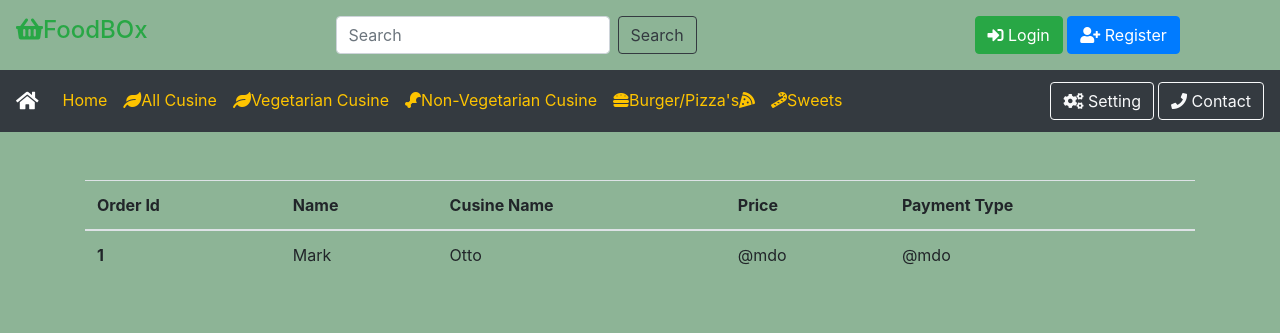
Repository: debjaniprofessional32/Capstone-Final-FoodBox-Delivery-Project
Page: http://localhost/OnlinFoodBOX/order.jsp
The author's editor kept a copy of each file at every save. The page is drawn from the files as they stood at one save, then again after the next save.
The browser window is 1280 px wide. The pictures show the whole page.
Some web libraries are served in a nearby version. The page is served by Tomcat 9. Other server files are loaded and not shown.

Above is the page before, as saved 2022-12-23 12:42:35.

### OnlinFoodBOX/src/main/webapp/order.jsp
<%@ page language="java" contentType="text/html; charset=ISO-8859-1"
    pageEncoding="ISO-8859-1"%>
<!DOCTYPE html>
<html>
<head>
<meta charset="ISO-8859-1">
<title>order</title>
<%@include file="all_Component/allCss.jsp"%>
<link rel="stylesheet" href="all_Component/style.css">
</head>
<body style="background-color:#8DB496 ">
<%@include file="all_Component/navbar.jsp"%>
<div class="container">

<table class="table table-hover mt-5">
  <thead>
    <tr>
      <th scope="col">Order Id</th>
      <th scope="col">Name</th>
      <th scope="col">Cusine Name</th>
      <th scope="col">Price</th>
      <th scope="col">Payment Type</th>
    </tr>
  </thead>
  <tbody>
    <tr>
      <th scope="row">1</th>
      <td>Mark</td>
      <td>Otto</td>
      <td>@mdo</td>
      <td>@mdo</td>
    </tr>


  </tbody>
</table>


</div>
</body>
</html>

### OnlinFoodBOX/src/main/webapp/all_Component/allCss.jsp
<link rel="stylesheet"
	href="https://cdn.jsdelivr.net/npm/bootstrap@4.0.0/dist/css/bootstrap.min.css"
	integrity="sha384-Gn5384xqQ1aoWXA+058RXPxPg6fy4IWvTNh0E263XmFcJlSAwiGgFAW/dAiS6JXm"
	crossorigin="anonymous">
<script src="https://code.jquery.com/jquery-3.2.1.slim.min.js"
	integrity="sha384-KJ3o2DKtIkvYIK3UENzmM7KCkRr/rE9/Qpg6aAZGJwFDMVNA/GpGFF93hXpG5KkN"
	crossorigin="anonymous"></script>
<script
	src="https://cdn.jsdelivr.net/npm/popper.js@1.12.9/dist/umd/popper.min.js"
	integrity="sha384-ApNbgh9B+Y1QKtv3Rn7W3mgPxhU9K/ScQsAP7hUibX39j7fakFPskvXusvfa0b4Q"
	crossorigin="anonymous"></script>
<script
	src="https://cdn.jsdelivr.net/npm/bootstrap@4.0.0/dist/js/bootstrap.min.js"
	integrity="sha384-JZR6Spejh4U02d8jOt6vLEHfe/JQGiRRSQQxSfFWpi1MquVdAyjUar5+76PVCmYl"
	crossorigin="anonymous"></script>
<link rel="stylesheet"
	href="https://cdnjs.cloudflare.com/ajax/libs/font-awesome/5.15.3/css/all.min.css"
	integrity="sha512-iBBXm8fW90+nuLcSKlbmrPcLa0OT92xO1BIsZ+ywDWZCvqsWgccV3gFoRBv0z+8dLJgyAHIhR35VZc2oM/gI1w=="
	crossorigin="anonymous" referrerpolicy="no-referrer" />

### OnlinFoodBOX/src/main/webapp/all_Component/navbar.jsp
 <%@ taglib prefix="c" uri="http://java.sun.com/jsp/jstl/core" %>
 <%@ page isELIgnored = "false" %>
 <style type="text/css">
 .navbar {
     background: #000000
 }

 .nav-item::after {
     content: '';
     display: block;
     width: 0px;
     height: 2px;
     background: #fec400;
     transition: 0.4s
 }

 .nav-item:hover::after {
     width: 100%
 }

 .navbar-dark .navbar-nav .active>.nav-link,
 .navbar-dark .navbar-nav .nav-link.active,
 .navbar-dark .navbar-nav .nav-link.show,
 .navbar-dark .navbar-nav .show>.nav-link,
 .navbar-dark .navbar-nav .nav-link:focus,
 .navbar-dark .navbar-nav .nav-link:hover {
     color: #fec400
 }

 .nav-link {
     padding: 10px 5px;
     transition: 0.2s
 }

 body{
     background-color:grey;
 }
</style>
<div class="container-fluid p-3">
	<div class="row">

		<div class="col-md-3 text-success">

<h4><i class='fa fa-shopping-basket'></i>FoodBOx</h4>
		</div>

		<div class="col-md-6">
			<form class="form-inline my-2 my-lg-0">
				<input class="form-control mr-sm-2" type="search"
					placeholder="Search" aria-label="Search">
				<button class="btn btn-outline-dark my-2 my-sm-0" type="submit">Search</button>
			</form>
		</div>
		<c:if test="${not empty userobj}">
		<div class="col-md-3">
		    <a href="checkout.jsp" class="mt-6"><i class='fas fa-cart-plus fa-2x '></i></a>
			<a href="login.jsp" class="btn btn-success"><i class='fas fa-user-plus'></i>&nbsp;${userobj.name}</a>
			<a href="logout" class="btn btn-primary "><i class='fas fa-sign-in-alt'></i>&nbsp;Logout</a>
		</div>

		</c:if>
		<c:if test="${empty userobj}">
		<div class="col-md-3">
			<a href="login.jsp" class="btn btn-success"><i class='fas fa-sign-in-alt'></i>&nbsp;Login</a>
			<a href="rejister.jsp" class="btn btn-primary "><i class='fas fa-user-plus'></i>&nbsp;Register</a>
		</div>

		</c:if>

	</div>



</div>


<nav class="navbar navbar-expand-lg navbar-dark bg-dark">
  <a class="navbar-brand " href="#"><i class="fas fa-home"></i></a>
  <button class="navbar-toggler" type="button" data-toggle="collapse" data-target="#navbarSupportedContent" aria-controls="navbarSupportedContent" aria-expanded="false" aria-label="Toggle navigation">
    <span class="navbar-toggler-icon"></span>
  </button>

  <div class="collapse navbar-collapse" id="navbarSupportedContent">
    <ul class="navbar-nav mr-auto">
      <li class="nav-item active "><a class="nav-link " href="index.jsp">Home <span class="sr-only">(current)</span></a></li>
      <li class="nav-item active"><a class="nav-link" href="all_veg.jsp"><i class="fa fa-leaf"></i>All Cusine</a></li>
      <li class="nav-item active"><a class="nav-link" href="all_veg1.jsp"><i class="fa fa-leaf"></i>Vegetarian Cusine</a></li>
      <li class="nav-item active"><a class="nav-link " href="all_nonveg.jsp"><i class='fas fa-drumstick-bite'></i>Non-Vegetarian Cusine</a></li>
      <li class="nav-item active"><a class="nav-link " href="all_Bpizza.jsp"><i class='fas fa-hamburger'></i>Burger/Pizza's<i class='fas fa-pizza-slice'></i></a></li>
      <li class="nav-item active"><a class="nav-link " href="all_sweet.jsp"><i class='fas fa-candy-cane'></i>Sweets</a></li>
    </ul>
    <form class="form-inline my-2 my-lg-0">
     <a class="btn btn-outline-light my-2 my-sm-0" href="setting.jsp" class="outline-light"><i class='fa fa-cogs '></i>&nbsp;Setting</a>
      <button class="btn btn-outline-light my-2 my-sm-0 ml-1" type="submit"><i class='fa fa-phone'></i>&nbsp;Contact</button>
    </form>
  </div>
</nav>

### OnlinFoodBOX/src/main/webapp/all_Component/style.css
 .navbar-nav active .nav-link:hover {

    background-color:#b2ff59;
    text-color:#000000;
    border-radius:10px;
}
.navbar-item:hover {


    text-color:#000000;

}

.carousel {
  width:auto;
  height:400px;
}

After the next save:
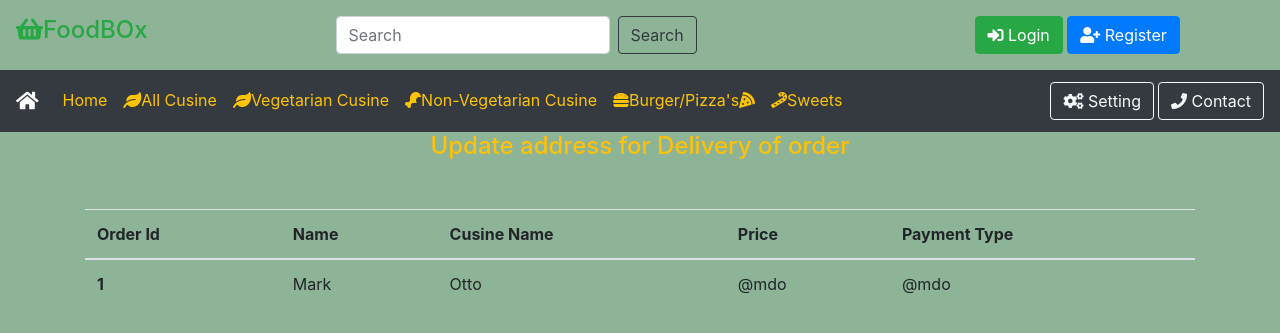
Saved 46 s later.
--- a/OnlinFoodBOX/src/main/webapp/order.jsp
+++ b/OnlinFoodBOX/src/main/webapp/order.jsp
@@ -11,7 +11,7 @@
 <body style="background-color:#8DB496 ">
 <%@include file="all_Component/navbar.jsp"%>
 <div class="container">
-
+<h4 class="text-center text-warning">Update address for Delivery of order</h4>
 <table class="table table-hover mt-5">
   <thead>
     <tr>
